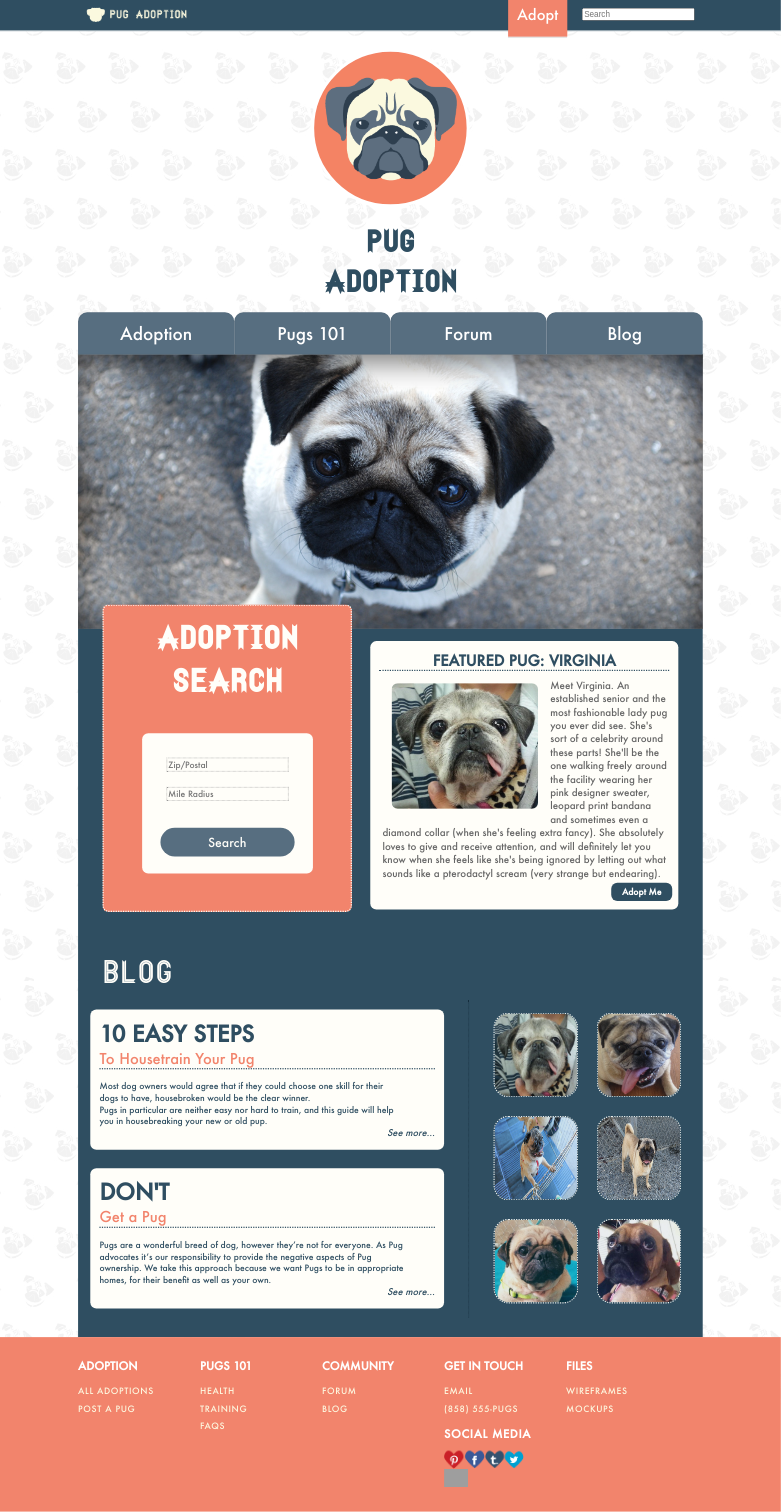
Repository: vqdo/pug-adoption
Page: http://localhost/
The author's editor kept a record of every edit. The page is drawn from the files as they stood at one moment, then again after the next edit.
The browser window is 1280 px wide. The pictures show the whole page, at 61% of full size.
Pictures or frames that could not be fetched are drawn as grey boxes. The page is run by PHP 8.4 with error messages shown; the project is at /var/www/html/.

Above is the page before.

After the next edit:
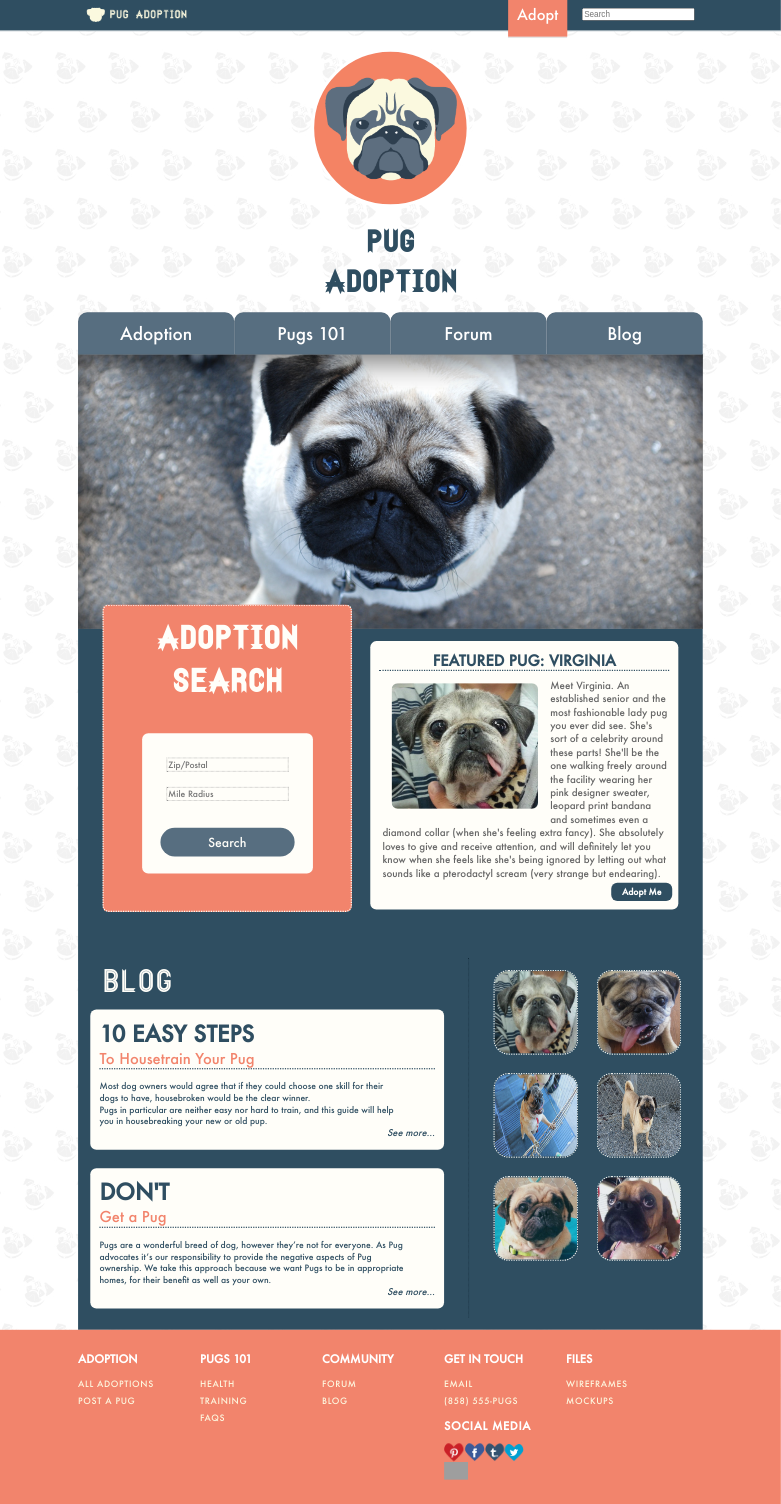
The edit:
--- a/index.php
+++ b/index.php
@@ -54,10 +54,8 @@
     					<div id="featured-button"><a href="http://www.pugnationla.org/adopt_me!.htm">Adopt Me</a></div>
     				</div>
 				</div>
-				<div class="blog-heading">
-					<a href="blog.php"><h1>Blog</h1></a>
-				</div>
 				<div class="articles-container fl cf">
+					<a class="blog-heading" href="blog.php"><h1>Blog</h1></a>
 					<div class="pug-articles"><h1>10 Easy Steps</h1>
 						<h3>To Housetrain Your Pug</h3>
 						<br>

After the edit that followed:
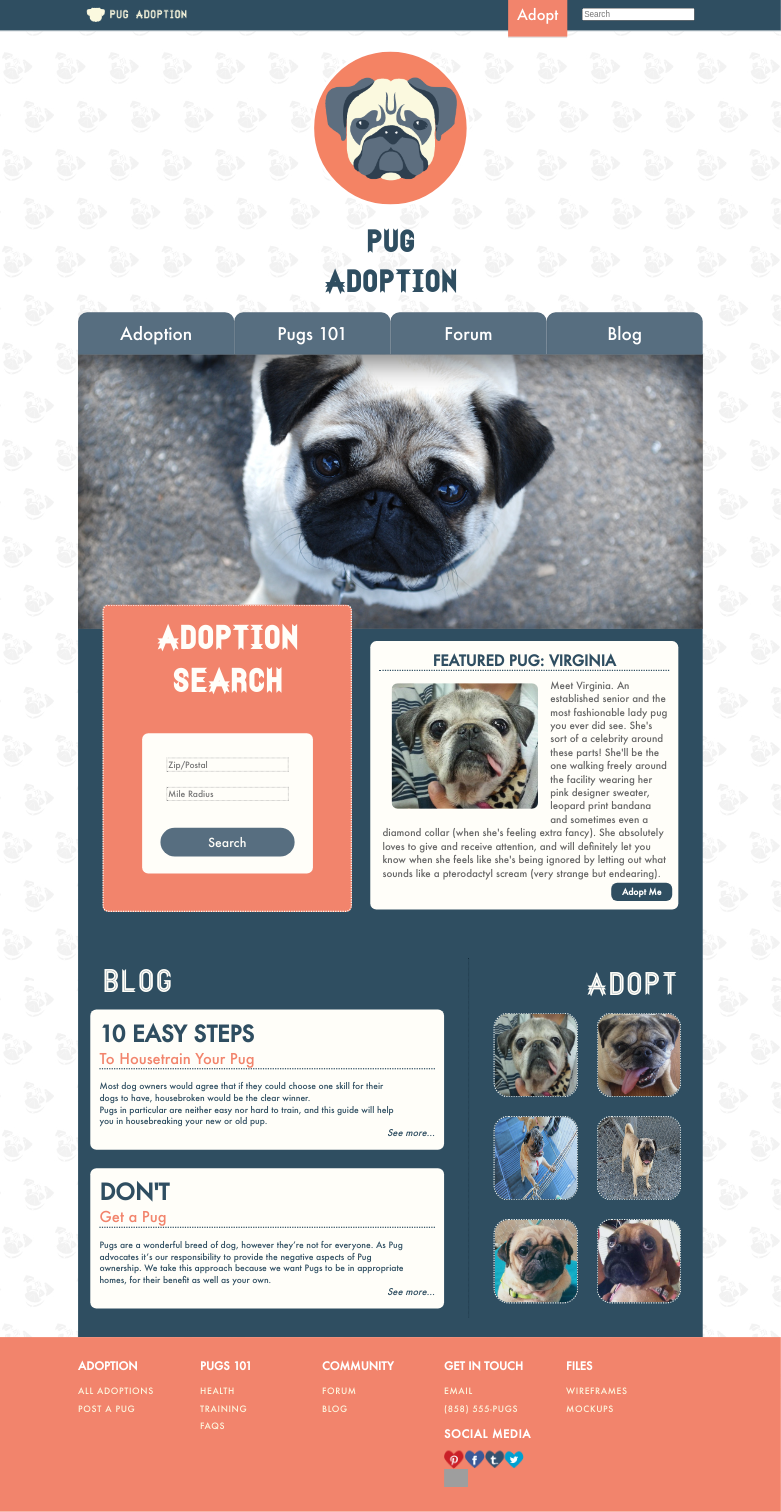
The edit:
--- a/index.php
+++ b/index.php
@@ -78,6 +78,7 @@
 					</div>
 				</div>
 				<div class="pug-pics cf fr">
+					<a class="blog-heading fr" href="blog.php"><h1>Adopt</h1></a>
 					<!-- Images injected here from js -->
 				</div>
     		</div>
